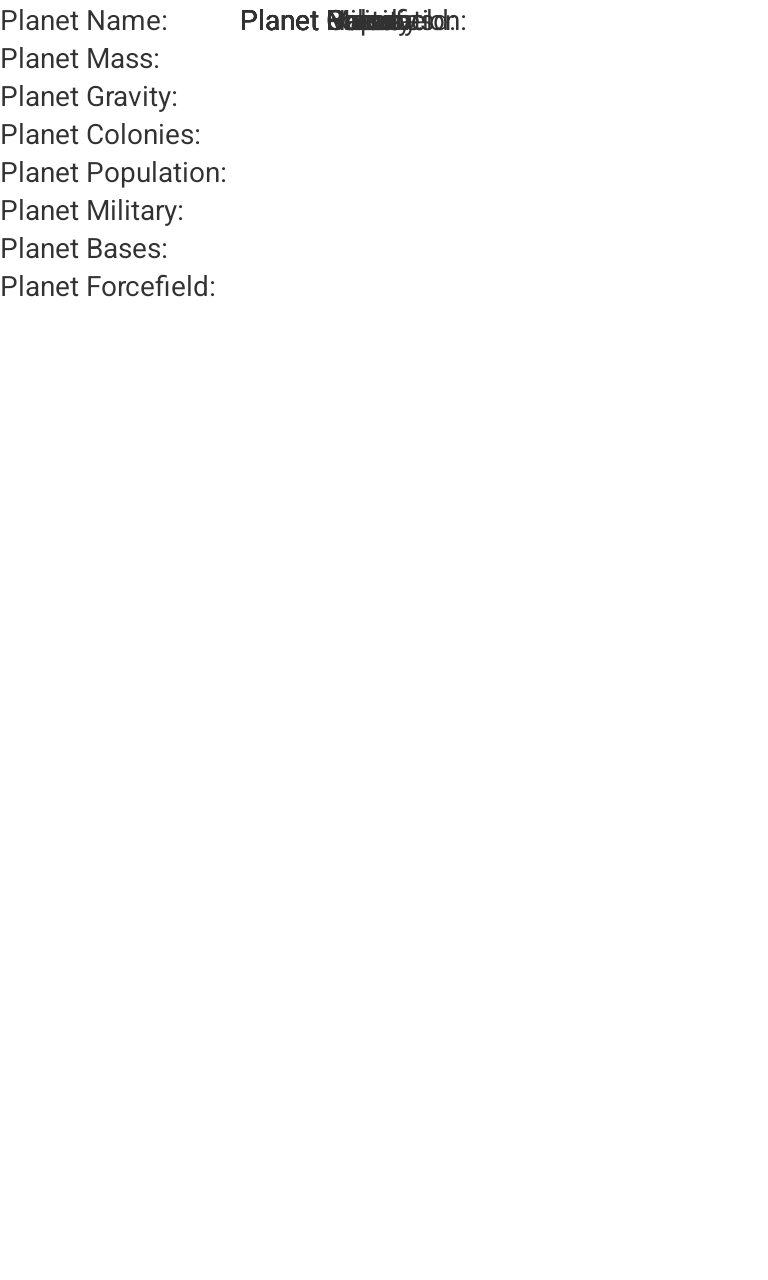
Repository: blender-head/android_basic
Layout: Hello_World/res/layout/activity_main.xml
These files come from the project's save history. The layout is drawn as it stood at one moment and after the next save; the edit follows.
It is drawn on a 768 x 1280 px phone screen (xhdpi) without system bars, with theme AppTheme; the app's code is not run. The app's manifest (not shown) leaves right-to-left support off. So textAlignment, textDirection and layoutDirection are ignored, and left and right values win over start and end ones.

Above is the layout before, as saved 2013-12-31 16:31:34.

### Hello_World/res/layout/activity_main.xml
<RelativeLayout xmlns:android="http://schemas.android.com/apk/res/android"
    xmlns:tools="http://schemas.android.com/tools"
    android:layout_width="match_parent"
    android:layout_height="match_parent"
    tools:context=".MainActivity" >

    <!-- Planet Name label -->
	<TextView
        android:id="@+id/textView1"
        android:layout_width="wrap_content"
        android:layout_height="wrap_content"
        android:text="@string/planet_name_label" />

	<!-- Planet Name data -->
	<TextView
        android:id="@+id/dataView1"
        android:layout_toRightOf="@+id/textView1"
        android:layout_marginLeft="36dip"
        android:layout_width="wrap_content"
        android:layout_height="wrap_content"
        android:text="@string/planet_name_label" />

	<!-- Planet Mass label -->
	<TextView
        android:id="@+id/textView2"
        android:layout_below="@+id/textView1"
        android:layout_width="wrap_content"
        android:layout_height="wrap_content"
        android:text="@string/planet_mass_label" />

	<!-- Planet Mass data -->
	<TextView
        android:id="@+id/dataView2"
        android:layout_toRightOf="@+id/textView2"
        android:layout_alignStart="@+id/dataView1"
        android:layout_alignBelow="@+id/dataView1"
        android:layout_width="wrap_content"
        android:layout_height="wrap_content"
        android:text="@string/planet_mass_label" />

	<!-- Planet Gravity label -->
	<TextView
        android:id="@+id/textView3"
        android:layout_below="@+id/textView2"
        android:layout_width="wrap_content"
        android:layout_height="wrap_content"
        android:text="@string/planet_gravity_label" />

	<!-- Planet Gravity data -->
	<TextView
        android:id="@+id/dataView3"
        android:layout_toRightOf="@+id/textView3"
        android:layout_alignStart="@+id/dataView1"
        android:layout_alignBelow="@+id/dataView3"
        android:layout_width="wrap_content"
        android:layout_height="wrap_content"
        android:text="@string/planet_gravity_label" />

	<!-- Planet Colonies label -->
	<TextView
        android:id="@+id/textView4"
        android:layout_below="@+id/textView3"
        android:layout_width="wrap_content"
        android:layout_height="wrap_content"
        android:text="@string/planet_colonies_label" />

	<!-- Planet Colonies data -->
	<TextView
        android:id="@+id/dataView4"
        android:layout_toRightOf="@+id/textView4"
        android:layout_alignStart="@+id/dataView1"
        android:layout_alignBelow="@+id/dataView3"
        android:layout_width="wrap_content"
        android:layout_height="wrap_content"
        android:text="@string/planet_colonies_label" />

	<!-- Planet Poulation label -->
	<TextView
        android:id="@+id/textView5"
        android:layout_below="@+id/textView4"
        android:layout_width="wrap_content"
        android:layout_height="wrap_content"
        android:text="@string/planet_population_label" />

	<!-- Planet Poulation data -->
	<TextView
        android:id="@+id/dataView5"
        android:layout_toRightOf="@+id/textView5"
        android:layout_alignStart="@+id/dataView1"
        android:layout_alignBelow="@+id/dataView4"
        android:layout_width="wrap_content"
        android:layout_height="wrap_content"
        android:text="@string/planet_population_label" />

	<!-- Planet Military label -->
	<TextView
        android:id="@+id/textView6"
        android:layout_below="@+id/textView5"
        android:layout_width="wrap_content"
        android:layout_height="wrap_content"
        android:text="@string/planet_military_label" />

	<!-- Planet Military data -->
	<TextView
        android:id="@+id/dataView6"
        android:layout_toRightOf="@+id/textView6"
        android:layout_alignStart="@+id/dataView1"
        android:layout_alignBelow="@+id/dataView5"
        android:layout_width="wrap_content"
        android:layout_height="wrap_content"
        android:text="@string/planet_military_label" />

	<!-- Planet Base label -->
	<TextView
        android:id="@+id/textView7"
        android:layout_below="@+id/textView6"
        android:layout_width="wrap_content"
        android:layout_height="wrap_content"
        android:text="@string/planet_bases_label" />

	<!-- Planet Base data -->
	<TextView
        android:id="@+id/dataView7"
        android:layout_toRightOf="@+id/textView7"
        android:layout_alignStart="@+id/dataView1"
        android:layout_alignBelow="@+id/dataView6"
        android:layout_width="wrap_content"
        android:layout_height="wrap_content"
        android:text="@string/planet_bases_label" />

	<!-- Planet Force Field label -->
	<TextView
        android:id="@+id/textView8"
        android:layout_below="@+id/textView7"
        android:layout_width="wrap_content"
        android:layout_height="wrap_content"
        android:text="@string/planet_forcefield_label" />

	<!-- Planet Force Field data -->
	<TextView
        android:id="@+id/dataView8"
        android:layout_toRightOf="@+id/textView8"
        android:layout_alignStart="@+id/dataView1"
        android:layout_alignBelow="@+id/dataView7"
        android:layout_width="wrap_content"
        android:layout_height="wrap_content"
        android:text="@string/planet_forcefield_label" />

</RelativeLayout>

### Hello_World/res/values/strings.xml
<?xml version="1.0" encoding="utf-8"?>
<resources>

    <string name="app_name">Hello_World</string>
    <string name="action_settings">Settings</string>
    <string name="hello_world">Hello world!</string>

    <string name="planet_name_label">Planet Name: </string>
	<string name="planet_mass_label">Planet Mass: </string>
	<string name="planet_gravity_label">Planet Gravity: </string>
	<string name="planet_colonies_label">Planet Colonies: </string>
	<string name="planet_population_label">Planet Population: </string>
	<string name="planet_military_label">Planet Military: </string>
	<string name="planet_bases_label">Planet Bases: </string>
	<string name="planet_forcefield_label">Planet Forcefield: </string>

</resources>

Loaded but not shown: Hello_World/res/values/styles.xml (common file); Hello_World/res/values-v11/styles.xml (common file); Hello_World/res/values-v14/styles.xml (common file)

After the next save:
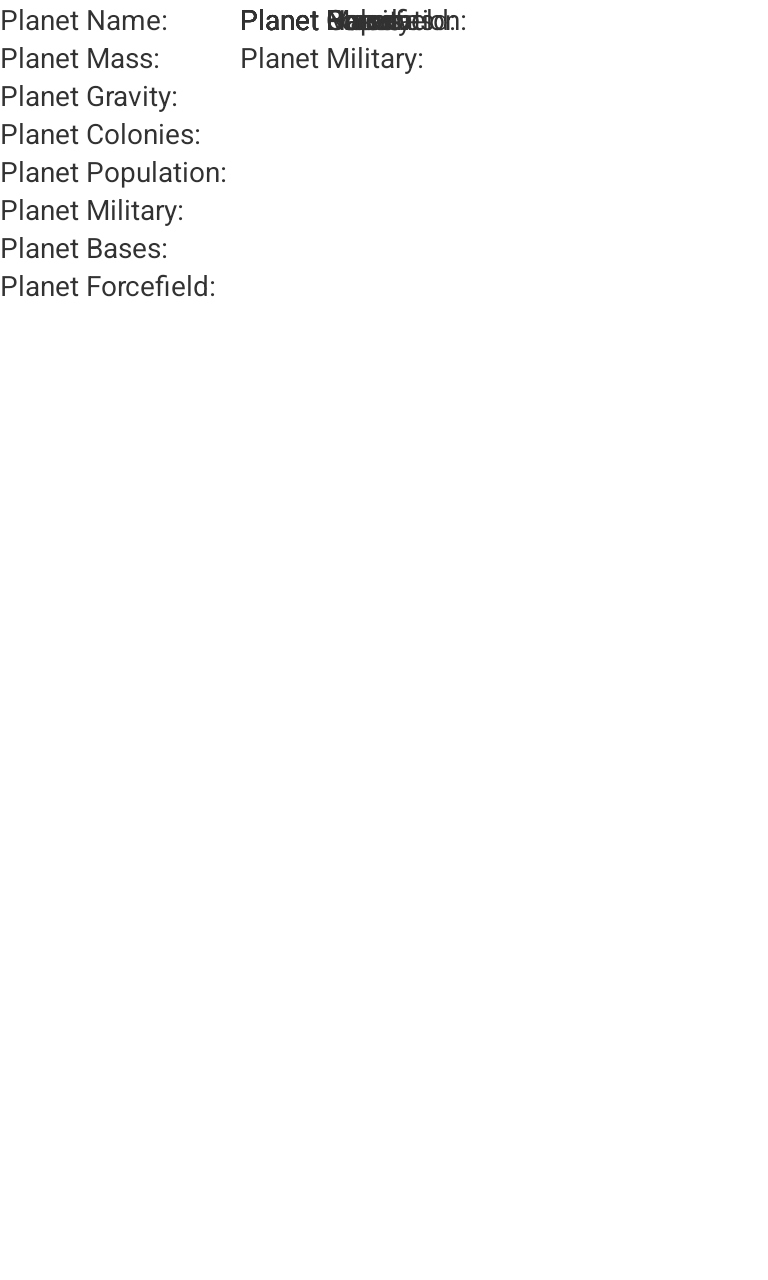
Saved 38 s later.
--- a/Hello_World/res/layout/activity_main.xml
+++ b/Hello_World/res/layout/activity_main.xml
@@ -105,7 +105,7 @@
         android:id="@+id/dataView6"
         android:layout_toRightOf="@+id/textView6"
         android:layout_alignStart="@+id/dataView1"
-        android:layout_alignBelow="@+id/dataView5"
+        android:layout_below="@+id/dataView5"
         android:layout_width="wrap_content"
         android:layout_height="wrap_content"
         android:text="@string/planet_military_label" />
